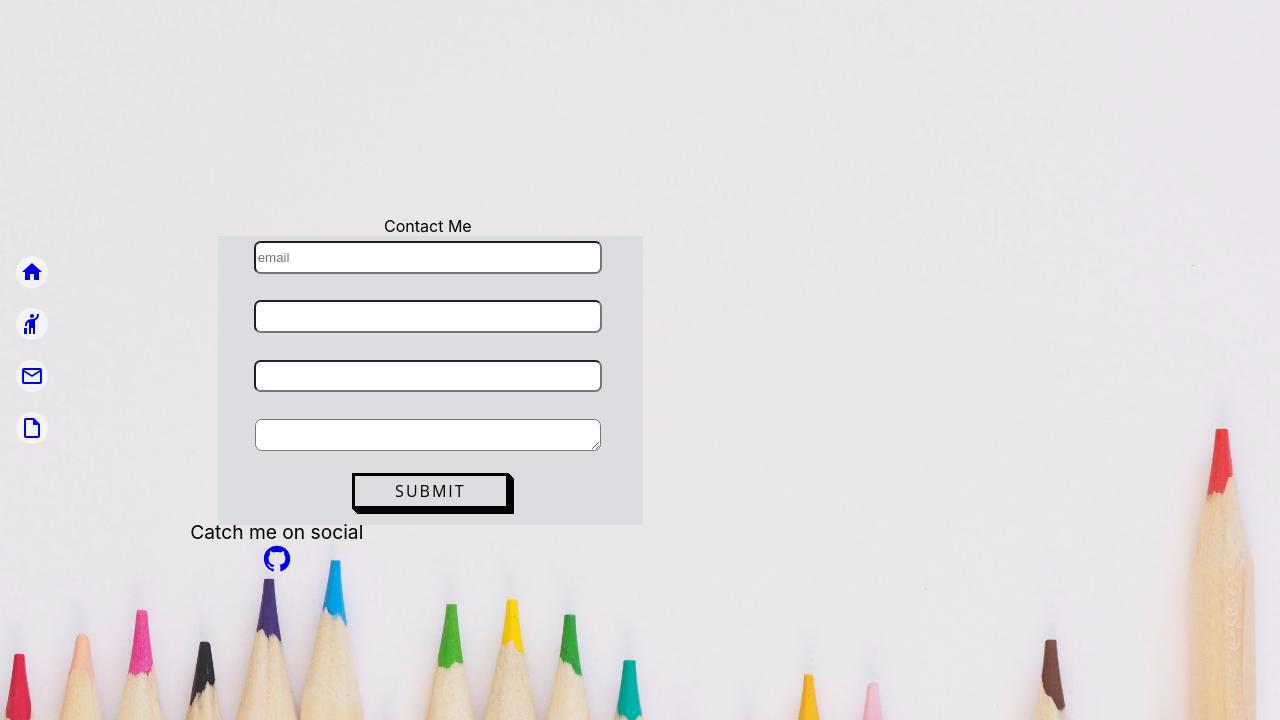
Repository: ujjawalmittal55/portfolio1
Page: /contact
An editor plug-in stored every save of this project. The page is shown before and after the next save, followed by the edit.
The browser window is 1280 px wide. The pictures show the whole page.
The project was rebuilt for these pictures with package versions that can differ from the ones it lists, and the page was loaded fresh each time. Also part of the build but not shown: src/display.css, src/Display.tsx, src/about.css, src/About.jsx, src/document.css, src/Document.jsx.

Above is the page before, as saved 2022-05-18 22:38:49.

### public/index.html
<!DOCTYPE html>
<html lang="en">
  <head>

    <style>
      @import url('https://fonts.googleapis.com/css2?family=Montserrat:ital,wght@0,100;1,100&family=Source+Code+Pro:wght@300&display=swap');
    </style>
    <meta charset="utf-8" />
    <link rel="icon" href="%PUBLIC_URL%/favicon.ico" />
    <meta name="viewport" content="width=device-width, initial-scale=1" />
    <meta name="theme-color" content="#000000" />
    <meta
      name="description"
      content="Web site created using create-react-app"
    />
    <link rel="apple-touch-icon" href="%PUBLIC_URL%/logo192.png" />
    <!--
      manifest.json provides metadata used when your web app is installed on a
      user's mobile device or desktop. See https://developers.google.com/web/fundamentals/web-app-manifest/
    -->
    <link rel="manifest" href="%PUBLIC_URL%/manifest.json" />
    <!--
      Notice the use of %PUBLIC_URL% in the tags above.
      It will be replaced with the URL of the `public` folder during the build.
      Only files inside the `public` folder can be referenced from the HTML.

      Unlike "/favicon.ico" or "favicon.ico", "%PUBLIC_URL%/favicon.ico" will
      work correctly both with client-side routing and a non-root public URL.
      Learn how to configure a non-root public URL by running `npm run build`.
    -->
    <title>React App</title>
  </head>
  <body>
    <noscript>You need to enable JavaScript to run this app.</noscript>
    <div id="root"></div>
    <!--
      This HTML file is a template.
      If you open it directly in the browser, you will see an empty page.

      You can add webfonts, meta tags, or analytics to this file.
      The build step will place the bundled scripts into the <body> tag.

      To begin the development, run `npm start` or `yarn start`.
      To create a production bundle, use `npm run build` or `yarn build`.
    -->
  </body>
</html>

### src/index.tsx
import React from "react";
import ReactDOM from "react-dom/client";
import "./index.css";
import App from "./App";
import Portfolio from "./Portfolio";
import SideBar from "./SideBar";

import reportWebVitals from "./reportWebVitals";
import { BrowserRouter } from "react-router-dom";

const rootElement = document.getElementById("root");
if (!rootElement) throw new Error("Failed to find the root element");
const root = ReactDOM.createRoot(rootElement);
root.render(
  <React.StrictMode>
    <BrowserRouter>
      <Portfolio />
    </BrowserRouter>
  </React.StrictMode>
);

// If you want to start measuring performance in your app, pass a function
// to log results (for example: reportWebVitals(console.log))
// or send to an analytics endpoint. Learn more: https://bit.ly/CRA-vitals
reportWebVitals();

### src/Portfolio.tsx
import React, { Component } from "react";
import { BrowserRouter, Route, Link, Routes } from "react-router-dom";
import Display from "./Display";
import "./homepage.css";
import SideBar from "./SideBar";
import About from "./About";
import Document from "./Document";
import Contact from "./Contact";
function Portfolio() {
  return (
    <div className="Home">
      <div className="sidebar">
        <SideBar />
      </div>
      <div className="main_content">
        <Routes>
          <Route path="/" element={<Display />} />
          <Route path="/about" element={<About />} />
          <Route path="/contact" element={<Contact />} />
          <Route path="/projects" element={<Display />} />
          <Route path="/document" element={<Document />} />
        </Routes>
      </div>
    </div>
  );
}

export default Portfolio;

### src/homepage.css
.Home {
  background-image: url("/public/bg.jpg");
  background-size: cover;
  background-repeat: no-repeat;
  display: flex;
}
.main_content {
  flex: 1;
}

### src/SideBar.tsx
import React, { useState } from "react";
import {
  BrowserRouter as Router,
  Route,
  Link,
  useParams,
  NavLink,
} from "react-router-dom";

import "./sidebar.css";
import HomeIcon from "@mui/icons-material/Home";
import HailIcon from "@mui/icons-material/Hail";
import InsertDriveFileOutlinedIcon from "@mui/icons-material/InsertDriveFileOutlined";
import EmailOutlinedIcon from "@mui/icons-material/EmailOutlined";
import { motion } from "framer-motion";

function SideBar() {
  return (
    <div>
      <div className="sidebar">
        <ul className="sidebar-items">
          <li className="list">
            <Link to="/">
              <div className="list-div">
                <HomeIcon>home</HomeIcon>
              </div>
            </Link>
          </li>
          <Link to="/about">
            <motion.li
              className="list"
              whileHover={{ scale: 1.1, transition: { yoyo: Infinity } }}
            >
              <div className="list-div">
                <HailIcon>home</HailIcon>
              </div>
            </motion.li>
          </Link>
          <Link to="/contact">
            <li className="list">
              <div className="list-div">
                <EmailOutlinedIcon>home</EmailOutlinedIcon>
              </div>
            </li>
          </Link>

          <Link to="/document">
            <li className="list">
              <div className="list-div">
                <InsertDriveFileOutlinedIcon>home</InsertDriveFileOutlinedIcon>
              </div>
            </li>
          </Link>
        </ul>
      </div>
    </div>
  );
}

export default SideBar;

### src/Contact.jsx
import React, { useState } from "react";
import { GitHub } from "@mui/icons-material";
import { motion } from "framer-motion";
import "./contact.css";
const spanVariants = {
  hidden: {
    opacity: 0,
    y: "100vh",
  },
  visible: {
    opacity: 1,
    y: 0,
    scale: 1.2,
    transition: { duration: 2 },
  },
};
const inputVariants = {
  hover: {
    scale: 1.2,
  },
};
function Contact() {
  const [email, setEmail] = useState("");
  const [name, setName] = useState("");
  const [phone, setPhone] = useState("");
  const [query, setQuery] = useState("");
  const clearState = () => {
    setName("");
    setEmail("");
    setPhone("");
    setQuery("");
  };

  const submit = (e) => {
    e.preventDefault();
    clearState();
  };
  return (
    <div className="contact_ME">
      <motion.div className="contact"> Contact Me</motion.div>
      <motion.form
        className="form"
        initial={{ y: "-100vh" }}
        animate={{ y: 0 }}
        transition={{ duration: 1 }}
      >
        <motion.input
          variant={inputVariants}
          whileFocus="hover"
          className="Input"
          placeholder="email"
          type="email"
          onChange={(e) => setEmail(e.target.value)}
          value={email}
        />
        <input
          className="Input"
          type="text"
          value={name}
          onChange={(e) => setName(e.target.value)}
        />

        <input
          className="Input"
          type="number"
          value={phone}
          onChange={(e) => setPhone(e.target.value)}
        />

        <textarea
          className="Input"
          maxLength="500"
          initial="wirte your Query"
          value={query}
          onChange={(e) => setQuery(e.target.value)}
        ></textarea>
        <motion.div
          className="button"
          whileHover={{
            scale: 1.1,
            animate: { style: { boxShadow: "1px 0px 10px #F0FFFF  " } },
            transition: { delay: 0, yoyo: Infinity },
          }}
          onClick={(e) => submit(e)}
        >
          submit
        </motion.div>
      </motion.form>
      <motion.div
        className="social"
        variants={spanVariants}
        initial="hidden"
        animate="visible"
      >
        Catch me on social
        <a href="https://github.com/ujjawalmittal55" target="_blank">
          <GitHub />{" "}
        </a>
      </motion.div>
    </div>
  );
}

export default Contact;

### src/sidebar.css
.sidebar {
  height: 100%;
  /* background-color: rgb(221, 195, 195) */
}
.sidebar {
  height: 100vh;
  display: grid;
  align-items: center;
  text-align: center;
  text-decoration: none;
}
.sidebar-items {
  padding: 0;
  margin: 1em;
}

.list {
  font-size: 1em;
  margin-bottom: 1.25em;
  list-style-type: none;
  text-align: center;
  text-decoration: none;
  padding: auto;
}

.list-div:hover {
  text-decoration: underline;
  transform: scale(1.25);
  background-color: rgb(126, 128, 247);
}

.list-div {
  display: flex;
  justify-content: center;
  align-items: center;
  text-align: center;
  height: 2em;
  width: 2em;
  background-color: rgb(242, 244, 245);
  border-radius: 50%;
  transition-duration: 0.5s;
}

### src/contact.css
.contact {
  /* position: absolute; */
  margin-top: 30vh;
  margin-left: 25vw;
  margin-bottom: 5vhrgb (233, 231, 234);
}
.form {
  background-color: rgb(220, 221, 224);
  display: flex;
  flex-direction: column;
  text-align: center;
  margin-left: 12vw;
  width: 35%;
  grid-template-columns: 1fr 1fr;
  grid-row-gap: 3vh;
  align-content: space-between;
  justify-content: space-between;
  align-items: center;
}
.elements {
  margin-top: 5px;
  margin-right: 5px;
  margin-bottom: 10px;
  font-family: "Source Code Pro", monospace;
  font-weight: bold;
}
.button {
  /* margin-left: 10px; */
  text-align: center;
  width: 30%;
  font-family: "Open Sans", sans-serif;
  font-size: 16px;
  letter-spacing: 2px;
  margin-bottom: 1em;
  text-decoration: none;
  text-transform: uppercase;
  color: #000;
  cursor: pointer;
  border: 3px solid;
  padding: 0.25em 0.5em;
  box-shadow: 1px 1px 0px 0px, 2px 2px 0px 0px, 3px 3px 0px 0px, 4px 4px 0px 0px,
    5px 5px 0px 0px;
  position: relative;
  user-select: none;
  -webkit-user-select: none;
  touch-action: manipulation;
}

.button:active {
  box-shadow: 0px 0px 0px 0px;
  top: 5px;
  left: 5px;
}

@media (min-width: 768px) {
  .button {
    padding: 0.25em 0.75em;
  }
}

.Input {
  margin-top: 5px;
  margin-right: 5px;
  width: 80%;
  height: 2em;
  border-radius: 0.5em;
}
.Input:focus {
  border: 2px solid rgb(44, 230, 2);
  box-shadow: 0 0 0.5rem 0.5rem rgb(18, 181, 200);
}
.social {
  display: flex;
  text-align: center;
  width: 35%;
  flex-direction: column;
  align-content: center;
  justify-content: center;
  align-items: center;
  border-radius: 10%;
}

Loaded but not shown: src/index.css (common file); src/reportWebVitals.js (common file)

After the next save:
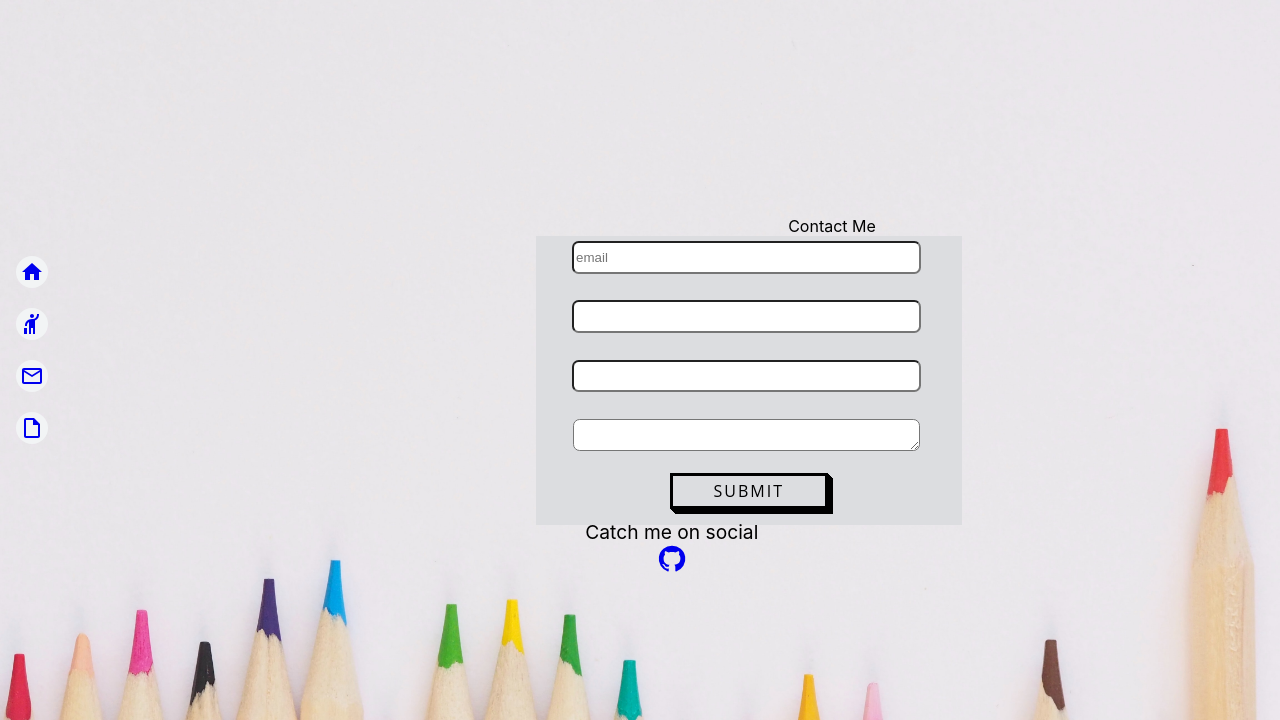
Saved 2 min 18 s later.
--- a/src/contact.css
+++ b/src/contact.css
@@ -1,3 +1,11 @@
+.contact_ME {
+  display: flex;
+  flex-direction: column;
+  align-content: center;
+  justify-content: center;
+  align-items: center;
+  flex-wrap: nowrap;
+}
 .contact {
   /* position: absolute; */
   margin-top: 30vh;
